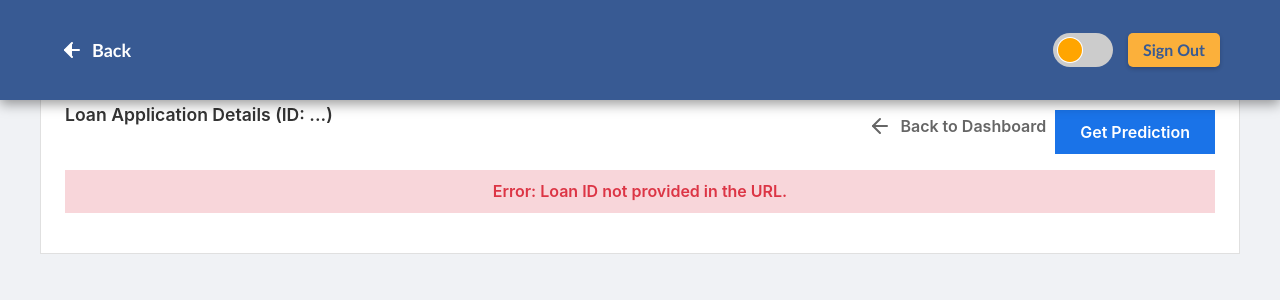
Repository: Kong-fish/FYP_repo
Page: /admin-review-loan (app in fyp_web/)
The author's editor kept a copy of each file at every save. The page is drawn from the files as they stood at one save, then again after the next save.
The browser window is 1280 px wide. The pictures show the whole page.
The project was rebuilt for these pictures with package versions that can differ from the ones it lists, and the page was loaded fresh each time. Also part of the build but not shown: fyp_web/src/Landing/Landing.tsx, fyp_web/src/Landing/Register.tsx, fyp_web/src/Landing/Login.tsx, fyp_web/src/Landing/Forgot_Password.tsx, fyp_web/src/Dashboard/Admin_Dashboard.tsx, fyp_web/src/Cust_Function/Cust_Pass_Ver.tsx, fyp_web/src/Dashboard/Customer_Dashboard.tsx, fyp_web/src/Admin_Function/Admin_View_Cus_Acc.tsx and 13 more.

Above is the page before, as saved 2025-06-27 14:44:59.

After the next save:
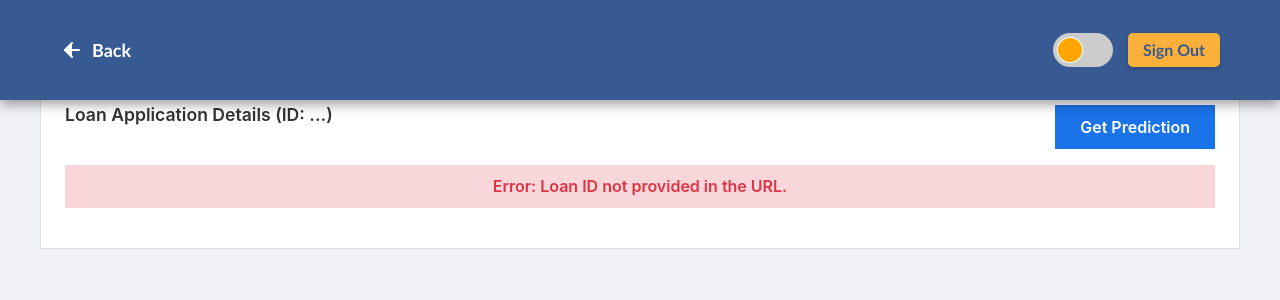
Saved 17 s later.
--- a/fyp_web/src/Admin_Function/ReviewLoan.tsx
+++ b/fyp_web/src/Admin_Function/ReviewLoan.tsx
@@ -407,9 +407,6 @@ const ReviewLoan: React.FC = () => {
                     <div className="admin-smt-card-header mb-6">
                         <h2 className="admin-smt-card-title text-2xl font-bold">Loan Application Details (ID: {String(loanDetails?.loan_id || '').substring(0, 8)}...)</h2>
                         <div className="flex gap-2">
-                            <button onClick={handleBackToDashboard} className="admin-smt-btn admin-smt-btn-ghost">
-                                <ArrowLeft size={24} /> Back to Dashboard
-                            </button>
                             <button
                                 onClick={handleGetPrediction}
                                 className="admin-smt-btn admin-smt-btn-primary"
